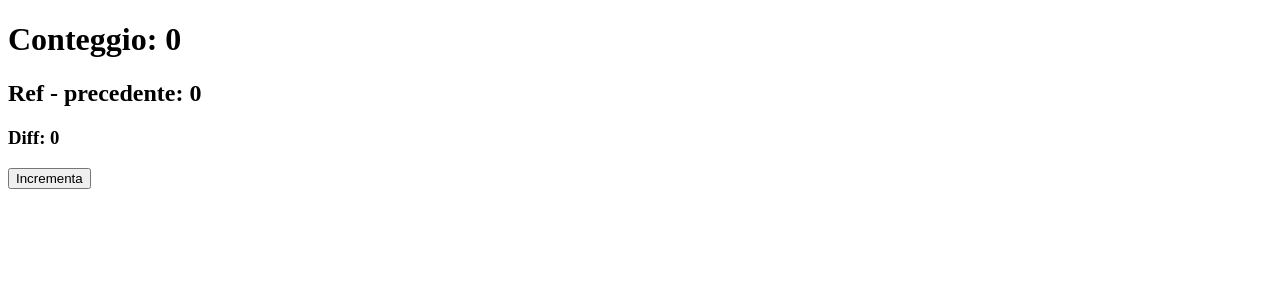
Repository: CryptoFamilyNFT/develhope
Page: / (app in vite/v1/)
The author's editor kept a copy of each file at every save. The page is drawn from the files as they stood at one save, then again after the next save.
The browser window is 1280 px wide. The pictures show the whole page.
The project was rebuilt for these pictures with package versions that can differ from the ones it lists, and the page was loaded fresh each time. Also part of the build but not shown: vite/v1/vite.config.js, vite/v1/src/components/AlertClock.jsx, vite/v1/src/components/Chat/chatStyle.jsx, vite/v1/src/components/Chat/Chat.jsx, vite/v1/src/components/Message.jsx, vite/v1/src/components/Hello.jsx, vite/v1/src/components/Welcome.jsx, vite/v1/src/components/index.jsx and 2 more.

Above is the page before, as saved 2025-02-18 09:20:13.

After the next save:
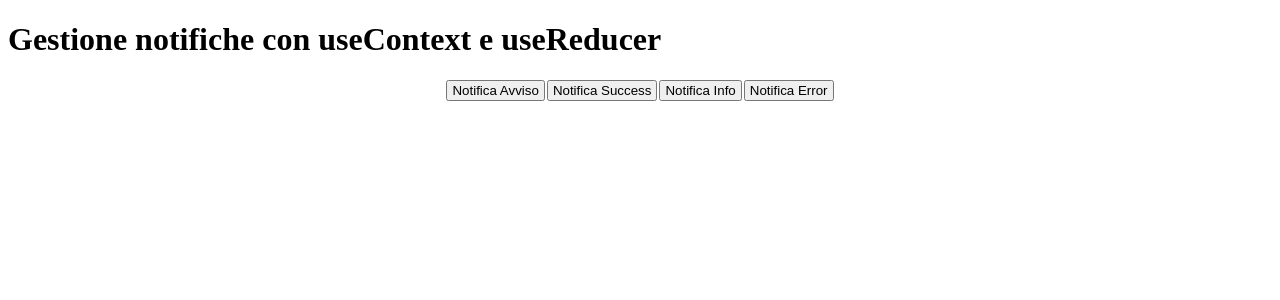
Saved 13 s later.
--- a/vite/v1/src/index.jsx
+++ b/vite/v1/src/index.jsx
@@ -2,6 +2,7 @@ import { createRoot } from "react-dom/client";
 import App from "./App";
 import {RenderState} from "./components/RenderState";
 import { PreviousState } from "./components/RenderState";
+import NotificationApp from "./NotificationApp";
 const root = createRoot(document.getElementById("root"));
 
-root.render(<PreviousState />);
+root.render(<NotificationApp />);
